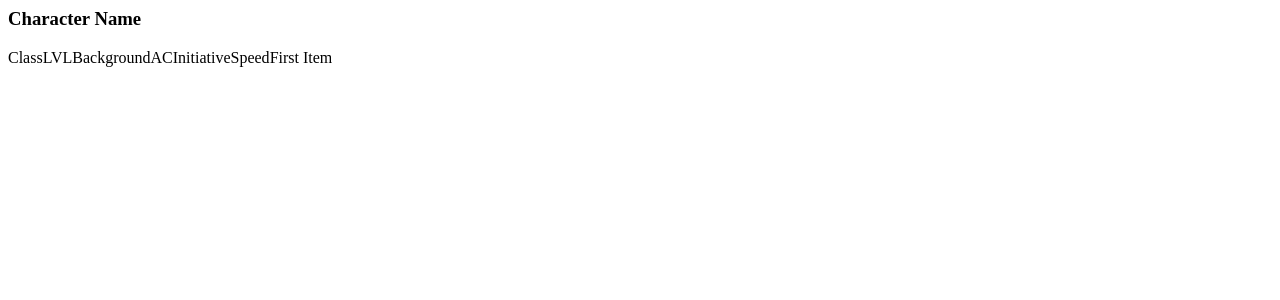
Repository: JaxonAtBYUI/characterSheet
Page: src/partials/dashboard_item.html
These files come from the project's save history. The page is drawn as it stood at one moment and after a run of saves; the edit follows.
The browser window is 1280 px wide. The pictures show the whole page.

Above is the page before, as saved 2022-12-05 13:43:24.

After the next 4 saves:
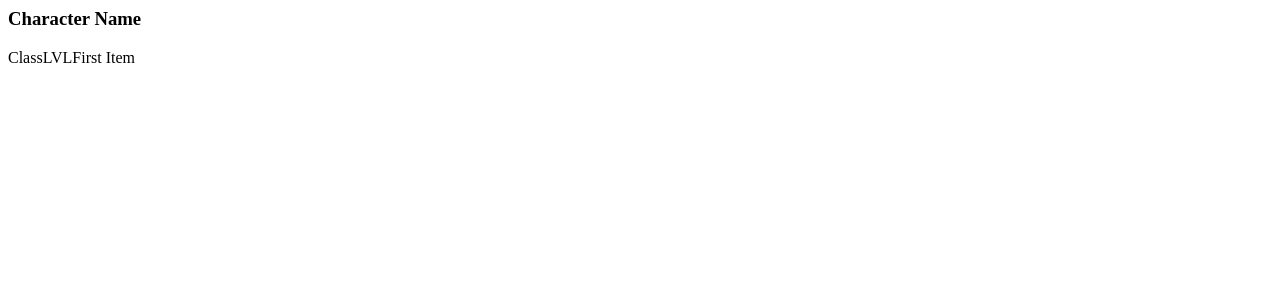
The 4 saves are shown as one change because they came seconds apart.
The last was saved 14 s later.
--- a/src/partials/dashboard_item.html
+++ b/src/partials/dashboard_item.html
@@ -1,6 +1,6 @@
 <div class="character__item">
   <div class="name"><h3>Character Name</h3></div>
   <div class="character__info">
-    <span class="cls">Class</span><span class="lvl">LVL</span><span class="bg">Background</span><span class="ac">AC</span><span class="initiative">Initiative</span><span class="speed">Speed</span><span>First Item</span>
+    <span class="cls">Class</span><span class="lvl">LVL</span><span class="bg"></span><span class="ac"></span><span class="initiative"></span><span class="speed"></span><span>First Item</span>
   </div>
 </div>
